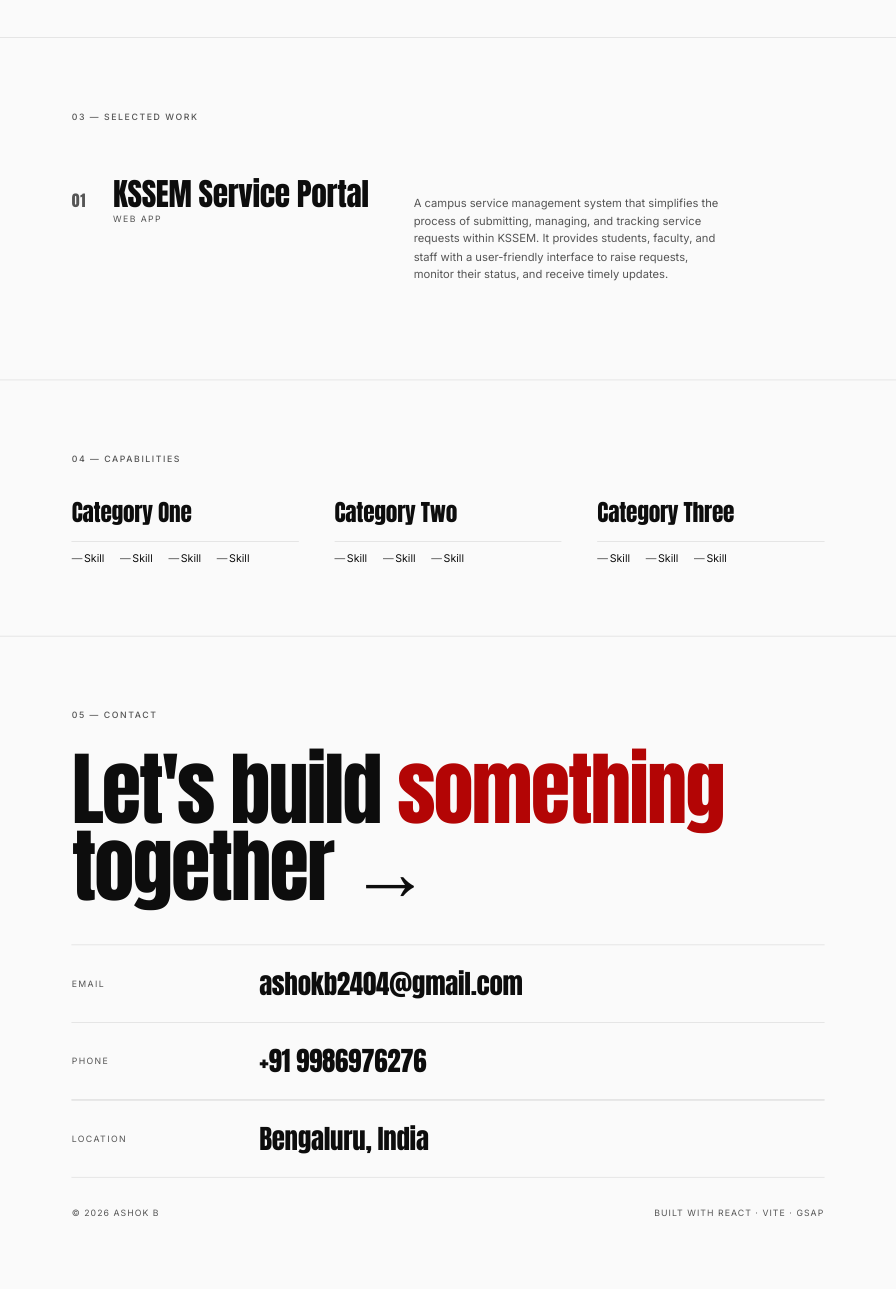
Repository: Ashok-B24/Dexter-portfolio
Page: /
These files come from the project's save history. The page is drawn as it stood at one moment and after the next save; the edit follows.
The browser window is 1280 px wide. The pictures show the part of the page from y = 2525 to 4445 px (the page is 4367 px tall before and 4445 px after), at 70% of full size.
The project was rebuilt for these pictures with package versions that can differ from the ones it lists, and the page was loaded fresh each time. Also part of the build but not shown: vite.config.js.

Above is the page before, as saved 2026-07-28 20:37:59.

After the next save:
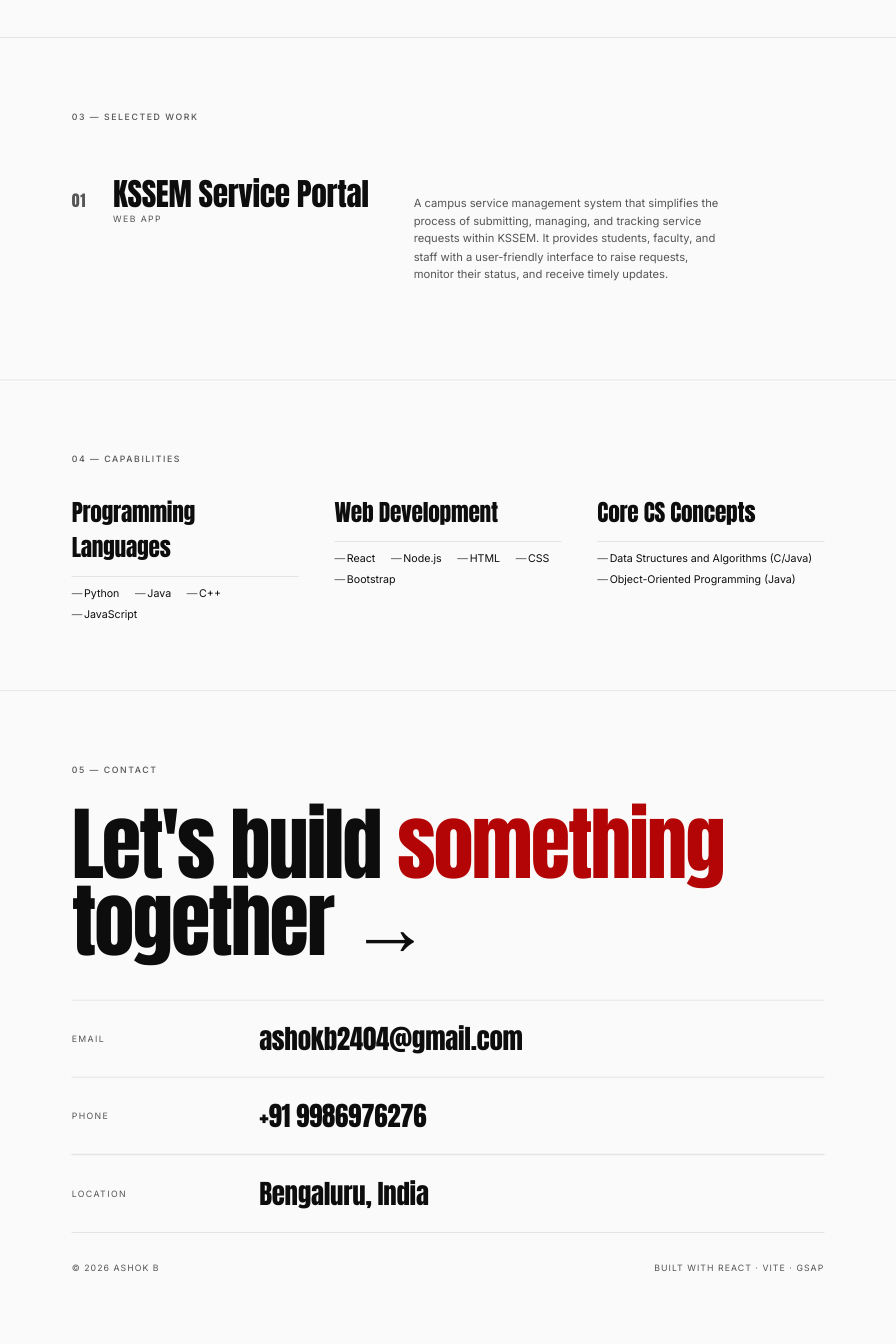
Saved 5 min 25 s later.
--- a/src/components/Capabilities.jsx
+++ b/src/components/Capabilities.jsx
@@ -1,15 +1,29 @@
 const GROUPS = [
   {
-    label: 'Category One',
-    items: ['Skill', 'Skill', 'Skill', 'Skill'],
+    label: 'Programming Languages',
+    items: [
+      'Python',
+      'Java',
+      'C++',
+      'JavaScript',
+    ],
   },
   {
-    label: 'Category Two',
-    items: ['Skill', 'Skill', 'Skill'],
+    label: 'Web Development',
+    items: [
+      'React',
+      'Node.js',
+      'HTML',
+      'CSS',
+      'Bootstrap',
+    ],
   },
   {
-    label: 'Category Three',
-    items: ['Skill', 'Skill', 'Skill'],
+    label: 'Core CS Concepts',
+    items: [
+      'Data Structures and Algorithms (C/Java)',
+      'Object-Oriented Programming (Java)',
+    ],
   },
 ]
 
@@ -24,6 +38,7 @@ export default function Capabilities() {
         {GROUPS.map((g) => (
           <div className="cap-group" key={g.label}>
             <h3 className="cap-group__label">{g.label}</h3>
+
             <ul className="cap-group__items">
               {g.items.map((s) => (
                 <li key={s}>{s}</li>
